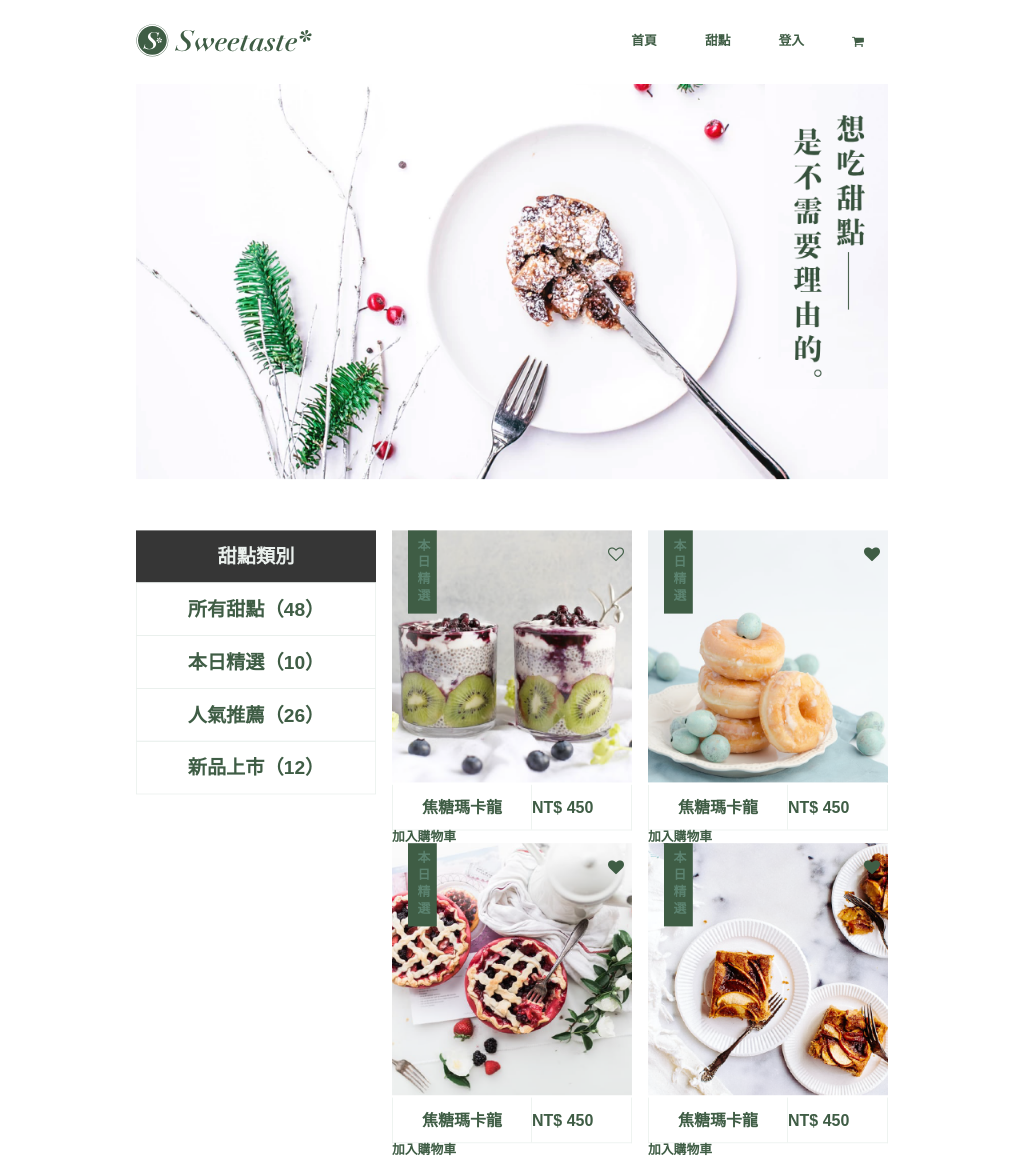
Repository: michelle61219/Sweets
Page: index.html
These files come from the project's save history. The page is drawn as it stood at one moment and after the next save; the edit follows.
The browser window is 1280 px wide. The pictures show the whole page, at 80% of full size.

Above is the page before, as saved 2021-06-13 15:41:42.

### index.html
<!DOCTYPE html>
<html lang="en">
	<head>
		<meta charset="UTF-8" />
		<meta http-equiv="X-UA-Compatible" content="IE=edge" />
		<meta name="viewport" content="width=device-width, initial-scale=1.0" />
		<link rel="stylesheet" href="style.css" />
		<link
			rel="stylesheet"
			href="https://cdnjs.cloudflare.com/ajax/libs/font-awesome/4.7.0/css/font-awesome.min.css"
		/>
		<title>甜點電商</title>
	</head>
	<body>
		<header></header>
		<div class="header container">
			<h1>
				<a href="#">
					<img
						width="220"
						height="40"
						src="images/logo-all-dark.svg"
						alt="logo"
					/>
				</a>
			</h1>
			<nav>
				<ul class="menu">
					<li><a href="#">首頁</a></li>
					<li><a href="#">甜點</a></li>
					<li><a href="#">登入</a></li>
					<li>
						<a href="#">
							<i class="fa fa-shopping-cart"></i>
						</a>
					</li>
				</ul>
			</nav>
		</div>
		<div class="banner container">
			<img src="images/banner.png" alt="banner" />
		</div>
		<div class="main container">
			<div class="aside">
				<h2>甜點類別</h2>
				<ul>
					<li><a href="#">所有甜點（48）</a></li>
					<li><a href="#">本日精選（10）</a></li>
					<li><a href="#">人氣推薦（26）</a></li>
					<li><a href="#">新品上市（12）</a></li>
				</ul>
			</div>
			<div class="productList">
				<ul class="productList-card">
					<li>
						<div class="tag">本日精選</div>
						<i class="fa fa-heart-o heart"></i>
						<img src="images/p-1.png" alt="p1" />
						<div class="productList-card-body">
							<h2>焦糖瑪卡龍</h2>
							<span>NT$ 450</span>
						</div>
						<a href="#" class="cart">加入購物車</a>
					</li>
					<li>
						<div class="tag">本日精選</div>
						<i class="fa fa-heart heart"></i>
						<img src="images/p-2.png" alt="p1" />
						<div class="productList-card-body">
							<h2>焦糖瑪卡龍</h2>
							<span>NT$ 450</span>
						</div>
						<a href="#" class="cart">加入購物車</a>
					</li>
					<li>
						<div class="tag">本日精選</div>
						<i class="fa fa-heart heart"></i>
						<img src="images/p-3.png" alt="p1" />
						<div class="productList-card-body">
							<h2>焦糖瑪卡龍</h2>
							<span>NT$ 450</span>
						</div>
						<a href="#" class="cart">加入購物車</a>
					</li>
					<li>
						<div class="tag">本日精選</div>
						<i class="fa fa-heart heart"></i>
						<img src="images/p-4.png" alt="p1" />
						<div class="productList-card-body">
							<h2>焦糖瑪卡龍</h2>
							<span>NT$ 450</span>
						</div>
						<a href="#" class="cart">加入購物車</a>
					</li>
				</ul>
			</div>
		</div>
	</body>
</html>

### style.css
/* http://meyerweb.com/eric/tools/css/reset/
   v2.0 | 20110126
   License: none (public domain)
*/

html,
body,
div,
span,
applet,
object,
iframe,
h1,
h2,
h3,
h4,
h5,
h6,
p,
blockquote,
pre,
a,
abbr,
acronym,
address,
big,
cite,
code,
del,
dfn,
em,
img,
ins,
kbd,
q,
s,
samp,
small,
strike,
strong,
sub,
sup,
tt,
var,
b,
u,
i,
center,
dl,
dt,
dd,
ol,
ul,
li,
fieldset,
form,
label,
legend,
table,
caption,
tbody,
tfoot,
thead,
tr,
th,
td,
article,
aside,
canvas,
details,
embed,
figure,
figcaption,
footer,
header,
hgroup,
menu,
nav,
output,
ruby,
section,
summary,
time,
mark,
audio,
video {
	margin: 0;
	padding: 0;
	border: 0;
	font-size: 100%;
	font: inherit;
	vertical-align: baseline;
}
/* HTML5 display-role reset for older browsers */
article,
aside,
details,
figcaption,
figure,
footer,
header,
hgroup,
menu,
nav,
section {
	display: block;
}
body {
	line-height: 1;
}
ol,
ul {
	list-style: none;
}
blockquote,
q {
	quotes: none;
}
blockquote:before,
blockquote:after,
q:before,
q:after {
	content: '';
	content: none;
}
table {
	border-collapse: collapse;
	border-spacing: 0;
}
img {
	max-width: 100%;
	height: auto;
}

/* ---CSS Starts from Here--- */

body {
	color: #3f5d45;
	font-family: Arial, Helvetica, sans-serif;
	font-weight: bold;
}

a {
	color: #3f5d45;
	text-decoration: none;
}

.container {
	width: 940px; /* based on main image */
	margin: 0 auto;
}

.header {
	display: flex;
	justify-content: space-between;
	align-items: center;
	padding-top: 30px;
	padding-bottom: 30px;
}

.menu {
	display: flex;
}

.menu a {
	padding: 10px 30px 8px 30px;
}

.menu a:hover {
	background: #3f5d45;
	color: white;
}

.banner {
	margin-bottom: 60px;
}

.main {
	display: flex;
	justify-content: space-between;
}

/* based on banner's width */
.aside {
	width: 300px;
}

.aside h2 {
	background: #363636;
	color: #eaf0ed;
	text-align: center;
	font-size: 24px;
	line-height: 65px;
}

.aside li {
	/* Avoid overlaying border lines between each list */
	margin-bottom: -1px;
}
.aside a {
	font-size: 24px;
	text-align: center;
	display: block;
	line-height: 65px;
	border: 1px solid #eaf0ed;
}
.aside a:hover {
	background: #eaf0ed;
}

.productList {
	width: 620px;
}
.productList-card {
	display: flex;
	flex-wrap: wrap;
	justify-content: space-between;
}
.productList-card li {
	width: 300px;
	position: relative;
}

.productList-card .tag {
	position: absolute;
	left: 20px;
	top: 0px;
	/* text */
	writing-mode: vertical-lr;
	letter-spacing: 5px;
	padding: 10px;
	background: #3f5d45;
	color: #5c8370;
}
.productList-card .heart {
	position: absolute;
	right: 10px;
	top: 20px;
	font-size: 20px;
}
.productList-card-body {
	display: flex;
	border-bottom: 1px solid #eaf0ed;
	border-left: 1px solid #eaf0ed;
	border-right: 1px solid #eaf0ed;
	line-height: 56px;
	font-size: 20px;
	text-align: center;
}
.productList-card-body h2 {
	/* 300-127 */
	width: 173px;
	border-right: 1px solid #eaf0ed;
}

After the next save:
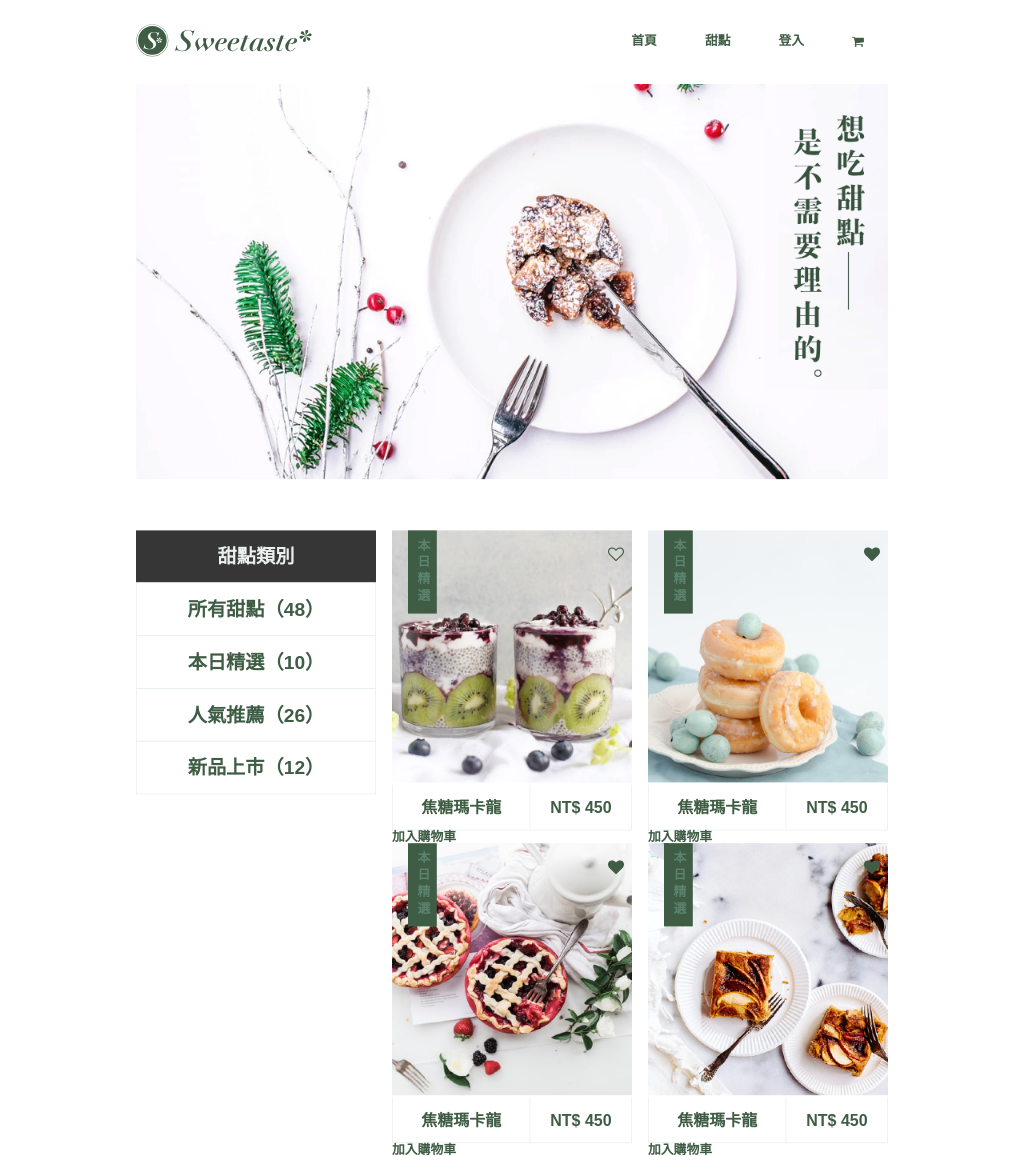
Saved 40 s later.
--- a/style.css
+++ b/style.css
@@ -252,3 +252,7 @@ a {
 	width: 173px;
 	border-right: 1px solid #eaf0ed;
 }
+.productList-card-body span {
+	width: 127px;
+	font-weight: bold;
+}
